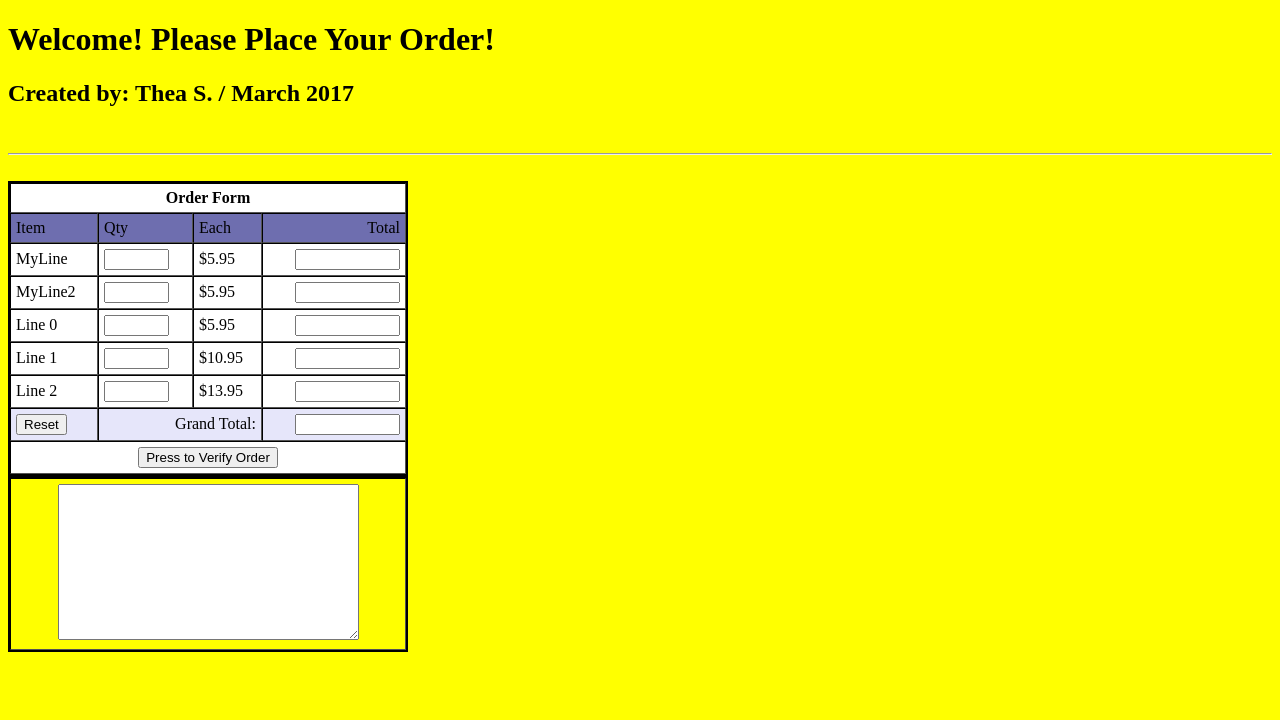
Repository: m-rabbit/b1_sukianto_code
Page: websites/MyOrderForm/index.html
The author's editor kept a copy of each file at every save. The page is drawn from the files as they stood at one save, then again after the next save.
The browser window is 1280 px wide. The pictures show the whole page.

Above is the page before, as saved 2017-03-06 16:05:13.

### websites/MyOrderForm/index.html
<!DOCTYPE html>
<html>
	<head>
		<meta charset="UTF-8">
		<title>My Order Form</title>
		<style>
			body {
				background-color: #FFFF00;
			}
			table {
				background-color: #E6E6FA;
				border: 2px solid black;
				cellpadding: 5;
				cellspacing: 0;
				summary: ""
			}
		</style>
	</head>
	<body>
		<h1>Welcome! Please Place Your Order!</h1>
		<h2>Created by: Thea S. / March 2017</h2>
		<br>
		<hr>
		<br>
		<form name="orderForm">
			<table style="background-color:#FFFFFF" border="4" width="400" cellpadding="5" cellspacing="0" summary="">
				<tbody>
					<tr>
						<td colspan="4" align="center"><B>Order Form</B></td>
					</tr>
					<tr style="background-color:#6E6EAF">
						<td>Item</td><td>Qty</td><td>Each</td><td align="right">Total</td>
					</tr>
					<tr>
						<td>MyLine</td>
						<td>
						<input name="line" type="text" size="5" value="" onkeyup="count(this.form,0,5.95)">
						</td>
						<td>$5.95</td>
						<td align="right">
						<input name="line_sum" type="text" size="10" readonly>
						</td>
					</tr>
					<tr>
						<td>MyLine2</td>
						<td>
						<input name="line" type="text" size="5" value="" onkeyup="count(this.form,0,5.95)">
						</td>
						<td>$5.95</td>
						<td align="right">
						<input name="line_sum" type="text" size="10" readonly>
						</td>
					</tr>
					<tr>
						<td>Line 0</td>
						<td>
						<input name="line" type="text" size="5" value="" onkeyup="count(this.form,0,5.95)">
						</td>
						<td>$5.95</td>
						<td align="right">
						<input name="line_sum" type="text" size="10" readonly>
						</td>
					</tr>

					<tr>
						<td>Line 1</td>
						<td>
						<input name="line" type="text" size="5" value="" onkeyup="count(this.form,0,5.95)">
						</td>
						<td>$10.95</td>
						<td align="right">
						<input name="line_sum" type="text" size="10" readonly>
						</td>
					</tr>
					<tr>
						<td>Line 2</td>
						<td>
						<input name="line" type="text" size="5" value="" onkeyup="count(this.form,0,5.95)">
						</td>
						<td>$13.95</td>
						<td align="right">
						<input name="line_sum" type="text" size="10" readonly>
						</td>
					</tr>
					<tr style="background-color:#E6E6FA">
						<td>
						<input type="button" value="Reset" onclick="init()">
						</td>
						<td colspan="2" align="right">Grand Total: </td>
						<td align="right">
						<input name="grand total" type="text" size="10" readonly>
						</td>
					</tr>

					<tr>
						<td colspan="4" align="center">
						<input type="button" value="Press to Verify Order" onclick="get_data(this.form)">
						</td>
					</tr>
				</tbody>
			</table>
		</form>
		<form name="confirmationForm">
			<table style="background-color:#FFFF00" border="4" width="400" cellpadding="5" cellspacing="0" summary="">
				<tbody>
					<tr>
						<td align="center">						<textarea name="order" rows="10" cols="35">
							</textarea></td>
					</tr>
				</tbody>
			</table>
		</form>
	</body>
</html>

After the next save:
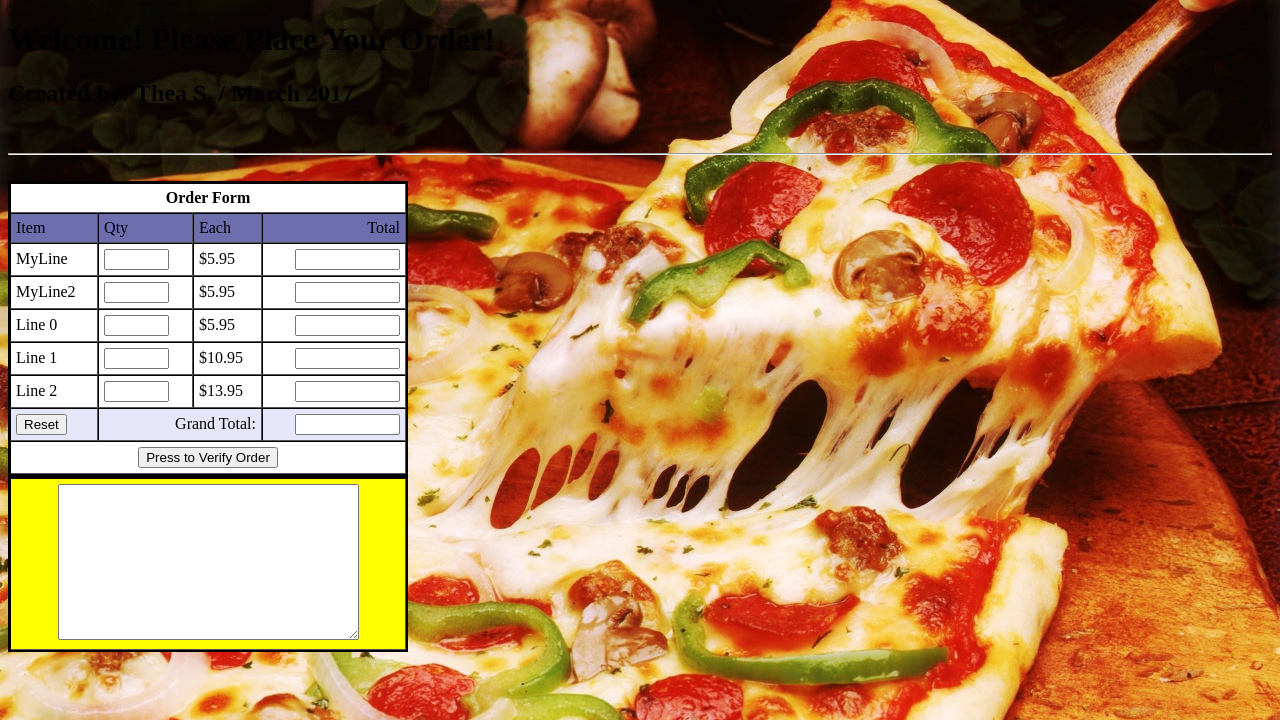
Saved 46 h 58 min later.
--- a/websites/MyOrderForm/index.html
+++ b/websites/MyOrderForm/index.html
@@ -6,6 +6,8 @@
 		<style>
 			body {
 				background-color: #FFFF00;
+				background-image: url("pizza.jpg");
+				background-size: cover;
 			}
 			table {
 				background-color: #E6E6FA;
